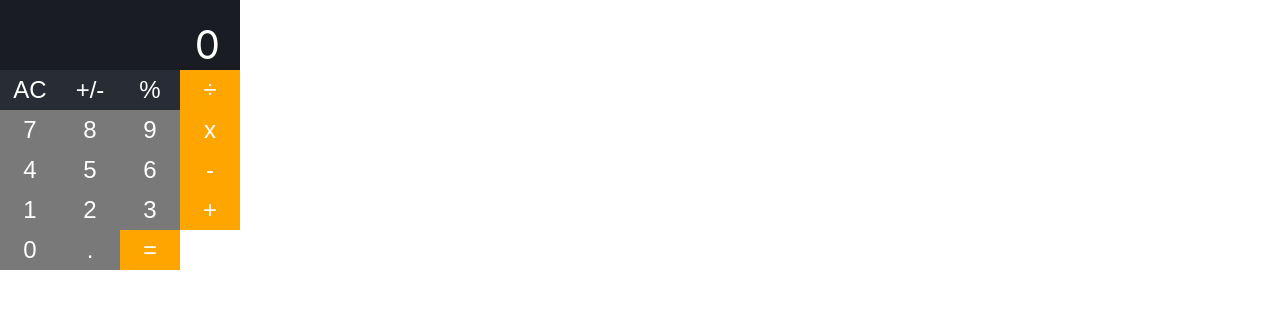
Repository: catsarenotreal/CalculatorWebApp
Page: /
An editor plug-in stored every save of this project. The page is shown before and after a run of saves, followed by the edit.
The browser window is 1280 px wide. The pictures show the whole page.
The project was rebuilt for these pictures with package versions that can differ from the ones it lists, and the page was loaded fresh each time.

Above is the page before, as saved 2024-08-23 10:32:08.

After the next 2 saves:
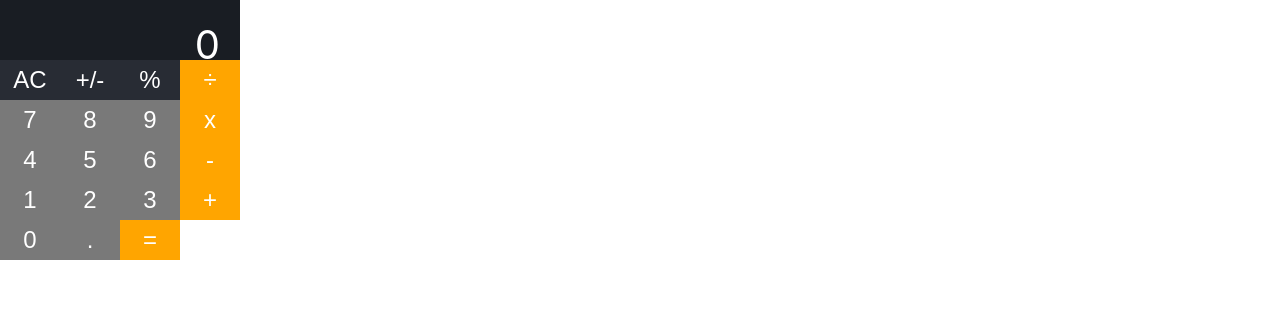
The 2 saves are shown as one change because they came seconds apart.
The last was saved 9 s later.
--- a/src/App.css
+++ b/src/App.css
@@ -59,7 +59,7 @@
   /* font-size: 100;
    */
   font-size:40px;
-  padding-bottom: 20px;
+  padding-bottom: 10px;
   text-align: right;
 
   background-color: #191d23;
